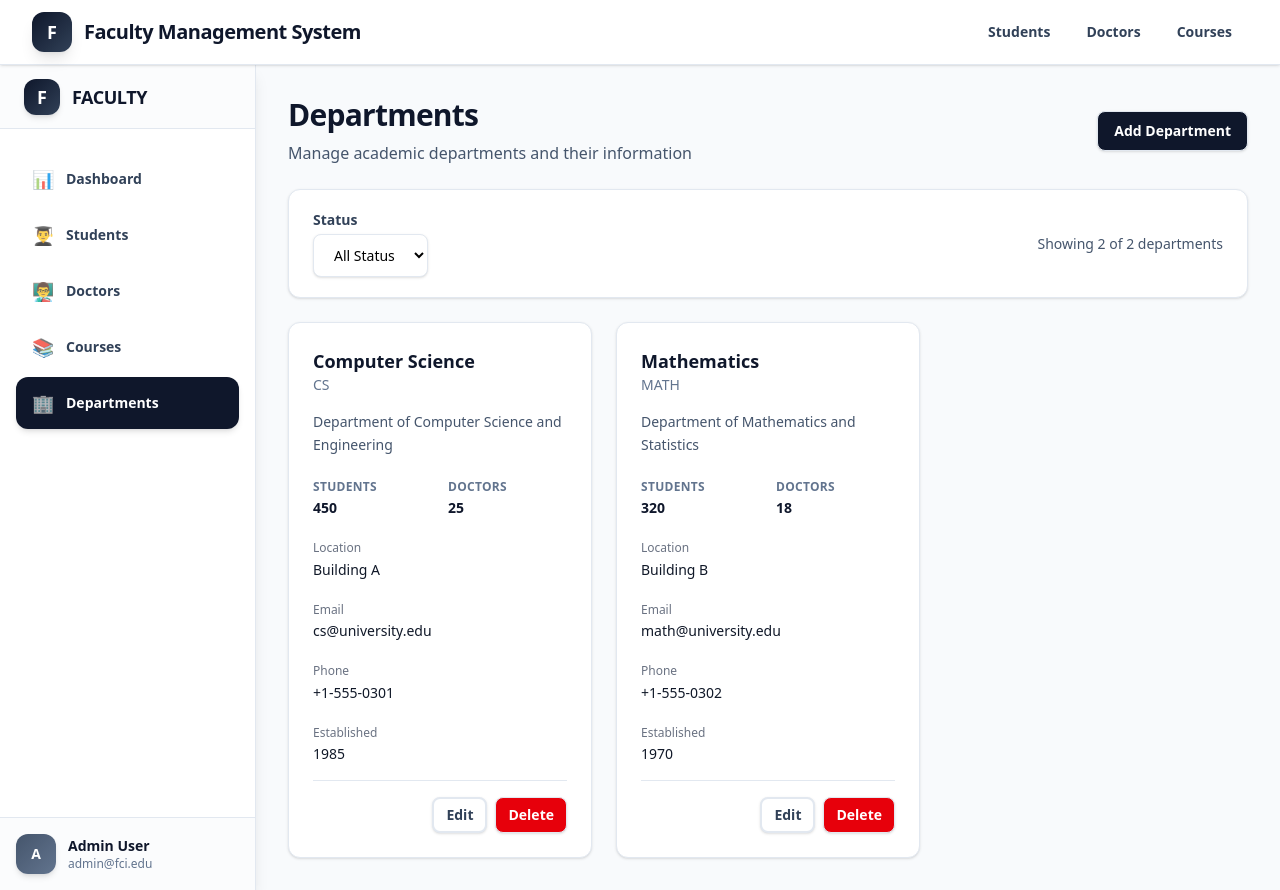
Repository: Mohamedmohsen179/Advanced-DB-Task
Page: /departments (app in frontend/)
These files come from the project's save history. The page is drawn as it stood at one moment and after the next save; the edit follows.
The browser window is 1280 px wide. The pictures show the whole page.
The page's requests for data from a server got no answer. The project was rebuilt for these pictures with package versions that can differ from the ones it lists, and the page was loaded fresh each time. The framework's server and built-in components were replaced by stand-ins that run in the browser. No one was signed in, and anything a server would have sent is missing. Also part of the build but not shown: frontend/next.config.ts.

Above is the page before, as saved 2025-11-29 01:00:57.

### frontend/app/layout.tsx
import type { Metadata } from "next";
import { Geist, Geist_Mono } from "next/font/google";
import "./globals.css";
import MainLayout from "../components/layout/MainLayout";

const geistSans = Geist({
  variable: "--font-geist-sans",
  subsets: ["latin"],
});

const geistMono = Geist_Mono({
  variable: "--font-geist-mono",
  subsets: ["latin"],
});

export const metadata: Metadata = {
  title: "University Management System",
  description: "A comprehensive university management system built with Next.js and TypeScript",
};

export default function RootLayout({
  children,
}: Readonly<{
  children: React.ReactNode;
}>) {
  return (
    <html lang="en">
      <body
        className={`${geistSans.variable} ${geistMono.variable} antialiased`}
      >
        <MainLayout>{children}</MainLayout>
      </body>
    </html>
  );
}

### frontend/app/departments/page.tsx
import DepartmentsContainer from '../../containers/DepartmentsContainer';

export default function DepartmentsPage() {
  return <DepartmentsContainer />;
}

### frontend/app/globals.css
@import "tailwindcss";

:root {
  --background: #fafafa;
  --foreground: #0f172a;
  --primary: #2563eb;
  --primary-foreground: #ffffff;
  --secondary: #f1f5f9;
  --secondary-foreground: #334155;
  --muted: #f8fafc;
  --muted-foreground: #64748b;
  --accent: #f1f5f9;
  --accent-foreground: #0f172a;
  --border: #e2e8f0;
  --input: #ffffff;
  --ring: #2563eb;
  --radius: 0.5rem;
}

@theme inline {
  --color-background: var(--background);
  --color-foreground: var(--foreground);
  --font-sans: var(--font-geist-sans);
  --font-mono: var(--font-geist-mono);
}

@media (prefers-color-scheme: dark) {
  :root {
    --background: #020617;
    --foreground: #f8fafc;
    --primary: #3b82f6;
    --primary-foreground: #f8fafc;
    --secondary: #1e293b;
    --secondary-foreground: #f8fafc;
    --muted: #1e293b;
    --muted-foreground: #94a3b8;
    --accent: #1e293b;
    --accent-foreground: #f8fafc;
    --border: #334155;
    --input: #1e293b;
    --ring: #3b82f6;
  }
}

* {
  border-color: var(--border);
}

body {
  background: var(--background);
  color: var(--foreground);
  font-family: var(--font-sans), system-ui, -apple-system, sans-serif;
  line-height: 1.6;
  -webkit-font-smoothing: antialiased;
  -moz-osx-font-smoothing: grayscale;
}

::-webkit-scrollbar {
  width: 8px;
  height: 8px;
}

::-webkit-scrollbar-track {
  background: var(--muted);
}

::-webkit-scrollbar-thumb {
  background: var(--muted-foreground);
  border-radius: 4px;
}

::-webkit-scrollbar-thumb:hover {
  background: var(--foreground);
}

/* Focus styles */
.focus-visible {
  outline: 2px solid var(--ring);
  outline-offset: 2px;
}

/* Professional shadows */
.shadow-professional {
  box-shadow: 0 1px 3px 0 rgb(0 0 0 / 0.1), 0 1px 2px -1px rgb(0 0 0 / 0.1);
}

.shadow-professional-lg {
  box-shadow: 0 10px 15px -3px rgb(0 0 0 / 0.1), 0 4px 6px -4px rgb(0 0 0 / 0.1);
}

### frontend/components/layout/MainLayout.tsx
'use client';

import { useState } from 'react';
import Navbar from './Navbar';
import Sidebar from './Sidebar';

interface MainLayoutProps {
  children: React.ReactNode;
}

export default function MainLayout({ children }: MainLayoutProps) {
  const [sidebarOpen, setSidebarOpen] = useState(false);

  return (
    <div className="min-h-screen bg-slate-50">
      <Navbar />

      <div className="flex">
        <Sidebar
          isOpen={sidebarOpen}
          onClose={() => setSidebarOpen(false)}
        />

        <div className="flex-1 lg:ml-0">
          <div className="lg:hidden">
            <button
              onClick={() => setSidebarOpen(true)}
              className="fixed top-20 left-4 z-10 bg-white p-3 rounded-xl shadow-professional border border-slate-200 hover:shadow-professional-lg transition-all duration-200"
            >
              <svg className="w-5 h-5 text-slate-600" fill="none" stroke="currentColor" viewBox="0 0 24 24">
                <path strokeLinecap="round" strokeLinejoin="round" strokeWidth={2} d="M4 6h16M4 12h16M4 18h16" />
              </svg>
            </button>
          </div>

          <main className="p-6 lg:p-8">
            <div className="max-w-7xl mx-auto">
              {children}
            </div>
          </main>
        </div>
      </div>
    </div>
  );
}

### frontend/components/layout/Navbar.tsx
'use client';

import Link from 'next/link';
import { useState } from 'react';

export default function Navbar() {
  const [isMenuOpen, setIsMenuOpen] = useState(false);

  return (
    <nav className="bg-white shadow-professional border-b border-slate-200 sticky top-0 z-50 backdrop-blur-sm bg-white">
      <div className="max-w-7xl mx-auto px-4 sm:px-6 lg:px-8">
        <div className="flex justify-between h-16">
          <div className="flex items-center">
            <Link href="/" className="flex-shrink-0 flex items-center group">
              <div className="h-10 w-10 bg-gradient-to-br from-slate-900 to-slate-700 rounded-xl flex items-center justify-center shadow-lg group-hover:shadow-xl transition-all duration-200">
                <span className="text-white font-bold text-lg">F</span>
              </div>
              <span className="ml-3 text-xl font-bold text-slate-900 tracking-tight">
                Faculty Management System
              </span>
            </Link>
          </div>

          <div className="hidden md:flex items-center space-x-1">
            <Link
              href="/students"
              className="text-slate-700 hover:text-slate-900 hover:bg-slate-100 px-4 py-2.5 rounded-lg text-sm font-semibold transition-all duration-200"
            >
              Students
            </Link>

            <Link
              href="/doctors"
              className="text-slate-700 hover:text-slate-900 hover:bg-slate-100 px-4 py-2.5 rounded-lg text-sm font-semibold transition-all duration-200"
            >
              Doctors
            </Link>
            <Link
              href="/courses"
              className="text-slate-700 hover:text-slate-900 hover:bg-slate-100 px-4 py-2.5 rounded-lg text-sm font-semibold transition-all duration-200"
            >
              Courses
            </Link>
          </div>

          {/* Mobile menu button */}
          <div className="md:hidden flex items-center">
            <button
              onClick={() => setIsMenuOpen(!isMenuOpen)}
              className="text-slate-700 hover:text-slate-900 hover:bg-slate-100 p-2 rounded-lg focus:outline-none focus:ring-2 focus:ring-slate-500 transition-all duration-200"
            >
              <svg className="h-6 w-6" fill="none" viewBox="0 0 24 24" stroke="currentColor">
                {isMenuOpen ? (
                  <path strokeLinecap="round" strokeLinejoin="round" strokeWidth={2} d="M6 18L18 6M6 6l12 12" />
                ) : (
                  <path strokeLinecap="round" strokeLinejoin="round" strokeWidth={2} d="M4 6h16M4 12h16M4 18h16" />
                )}
              </svg>
            </button>
          </div>
        </div>

        {/* Mobile Navigation */}
        {isMenuOpen && (
          <div className="md:hidden">
            <div className="px-4 pt-4 pb-4 space-y-2 border-t border-slate-200 bg-slate-50/50">
              <Link
                href="/students"
                className="text-slate-700 hover:text-slate-900 hover:bg-white block px-4 py-3 rounded-lg text-base font-semibold transition-all duration-200"
                onClick={() => setIsMenuOpen(false)}
              >
                Students
              </Link>
              <Link
                href="/doctors"
                className="text-slate-700 hover:text-slate-900 hover:bg-white block px-4 py-3 rounded-lg text-base font-semibold transition-all duration-200"
                onClick={() => setIsMenuOpen(false)}
              >
                Doctors
              </Link>
              <Link
                href="/courses"
                className="text-slate-700 hover:text-slate-900 hover:bg-white block px-4 py-3 rounded-lg text-base font-semibold transition-all duration-200"
                onClick={() => setIsMenuOpen(false)}
              >
                Courses
              </Link>

            </div>
          </div>
        )}
      </div>
    </nav>
  );
}

### frontend/components/layout/Sidebar.tsx
'use client';

import Link from 'next/link';
import { usePathname } from 'next/navigation';
import { NavItem } from '../../types';

const navigationItems: NavItem[] = [
  {
    label: 'Dashboard',
    href: '/',
    icon: '📊',
  },
  {
    label: 'Students',
    href: '/students',
    icon: '👨‍🎓',
    children: [
      { label: 'All Students', href: '/students' },
      { label: 'Add Student', href: '/students/new' },
    ],
  },
  {
    label: 'Doctors',
    href: '/doctors',
    icon: '👨‍🏫',
    children: [
      { label: 'All Doctors', href: '/doctors' },
      { label: 'Add Doctor', href: '/doctors/new' },
    ],
  },
  {
    label: 'Courses',
    href: '/courses',
    icon: '📚',
  },
  {
    label: 'Departments',
    href: '/departments',
    icon: '🏢',
  },
];

interface SidebarProps {
  isOpen?: boolean;
  onClose?: () => void;
}

export default function Sidebar({ isOpen = true, onClose }: SidebarProps) {
  const pathname = usePathname();

  const isActiveLink = (href: string) => {
    if (href === '/') {
      return pathname === '/';
    }
    return pathname.startsWith(href);
  };

  return (
    <>
      {/* Mobile overlay */}
      {isOpen && (
        <div
          className="fixed inset-0 z-20 bg-black bg-opacity-50 lg:hidden"
          onClick={onClose}
        />
      )}

      <div
        className={`
          fixed inset-y-0 left-0 z-30 w-64 bg-white shadow-professional-lg border-r border-slate-200 transform transition-transform duration-300 ease-in-out lg:translate-x-0 lg:static lg:inset-0
          ${isOpen ? 'translate-x-0' : '-translate-x-full'}
        `}
      >
        <div className="flex flex-col h-full">
          <div className="flex items-center justify-between h-16 px-6 border-b border-slate-200 bg-slate-50/50">
            <Link href="/" className="flex items-center group">
              <div className="h-9 w-9 bg-gradient-to-br from-slate-900 to-slate-700 rounded-xl flex items-center justify-center shadow-md group-hover:shadow-lg transition-all duration-200">
                <span className="text-white font-bold text-lg">F</span>
              </div>
              <span className="ml-3 text-lg font-bold text-slate-900 tracking-tight">
                FACULTY
              </span>
            </Link>
            <button
              onClick={onClose}
              className="lg:hidden text-slate-500 hover:text-slate-700 hover:bg-slate-100 p-1.5 rounded-lg transition-all duration-200"
            >
              <svg className="w-6 h-6" fill="none" stroke="currentColor" viewBox="0 0 24 24">
                <path strokeLinecap="round" strokeLinejoin="round" strokeWidth={2} d="M6 18L18 6M6 6l12 12" />
              </svg>
            </button>
          </div>

          <nav className="flex-1 px-4 py-6 space-y-1 overflow-y-auto">
            {navigationItems.map((item) => (
              <div key={item.href}>
                <Link
                  href={item.href}
                  className={`
                    flex items-center px-4 py-3 text-sm font-semibold rounded-xl transition-all duration-200 group
                    ${isActiveLink(item.href)
                      ? 'bg-slate-900 text-white shadow-md'
                      : 'text-slate-700 hover:bg-slate-100 hover:text-slate-900'
                    }
                  `}
                >
                  <span className="mr-3 text-lg opacity-80 group-hover:opacity-100 transition-opacity">{item.icon}</span>
                  {item.label}
                </Link>

                {item.children && isActiveLink(item.href) && (
                  <div className="ml-8 mt-2 space-y-1">
                    {item.children.map((child) => (
                      <Link
                        key={child.href}
                        href={child.href}
                        className={`
                          block px-4 py-2.5 text-sm font-medium rounded-lg transition-all duration-200
                          ${pathname === child.href
                            ? 'bg-slate-100 text-slate-900 shadow-sm'
                            : 'text-slate-600 hover:bg-slate-50 hover:text-slate-900'
                          }
                        `}
                      >
                        {child.label}
                      </Link>
                    ))}
                  </div>
                )}
              </div>
            ))}
          </nav>

          {/* Footer */}
          <div className="p-4 border-t border-slate-200 bg-slate-50/50">
            <div className="flex items-center">
              <div className="flex-shrink-0">
                <div className="w-10 h-10 bg-gradient-to-br from-slate-600 to-slate-500 rounded-xl flex items-center justify-center shadow-md">
                  <span className="text-sm font-bold text-white">A</span>
                </div>
              </div>
              <div className="ml-3">
                <p className="text-sm font-semibold text-slate-900">Admin User</p>
                <p className="text-xs text-slate-500">admin@fci.edu</p>
              </div>
            </div>
          </div>
        </div>
      </div>
    </>
  );
}

### frontend/components/ui/Card.tsx
import { HTMLAttributes, forwardRef } from 'react';

interface CardProps extends HTMLAttributes<HTMLDivElement> {
  children: React.ReactNode;
}

const Card = forwardRef<HTMLDivElement, CardProps>(
  ({ className = '', children, ...props }, ref) => {
    return (
      <div
        ref={ref}
        className={`bg-white rounded-xl border border-slate-200 shadow-professional hover:shadow-professional-lg transition-shadow duration-200 ${className}`}
        {...props}
      >
        {children}
      </div>
    );
  }
);

Card.displayName = 'Card';

interface CardHeaderProps extends HTMLAttributes<HTMLDivElement> {
  children: React.ReactNode;
}

const CardHeader = forwardRef<HTMLDivElement, CardHeaderProps>(
  ({ className = '', children, ...props }, ref) => {
    return (
      <div
        ref={ref}
        className={`px-6 py-5 border-b border-slate-200 bg-slate-50/50 rounded-t-xl ${className}`}
        {...props}
      >
        {children}
      </div>
    );
  }
);

CardHeader.displayName = 'CardHeader';

interface CardContentProps extends HTMLAttributes<HTMLDivElement> {
  children: React.ReactNode;
}

const CardContent = forwardRef<HTMLDivElement, CardContentProps>(
  ({ className = '', children, ...props }, ref) => {
    return (
      <div
        ref={ref}
        className={`px-6 py-5 ${className}`}
        {...props}
      >
        {children}
      </div>
    );
  }
);

CardContent.displayName = 'CardContent';

interface CardFooterProps extends HTMLAttributes<HTMLDivElement> {
  children: React.ReactNode;
}

const CardFooter = forwardRef<HTMLDivElement, CardFooterProps>(
  ({ className = '', children, ...props }, ref) => {
    return (
      <div
        ref={ref}
        className={`px-6 py-5 border-t border-slate-200 bg-slate-50 rounded-b-xl ${className}`}
        {...props}
      >
        {children}
      </div>
    );
  }
);

CardFooter.displayName = 'CardFooter';

export { Card, CardHeader, CardContent, CardFooter };

### frontend/components/ui/Button.tsx
import { ButtonHTMLAttributes, forwardRef } from 'react';

interface ButtonProps extends ButtonHTMLAttributes<HTMLButtonElement> {
  variant?: 'primary' | 'secondary' | 'danger' | 'outline';
  size?: 'sm' | 'md' | 'lg';
  loading?: boolean;
}

const Button = forwardRef<HTMLButtonElement, ButtonProps>(
  ({ className = '', variant = 'primary', size = 'md', loading = false, children, disabled, ...props }, ref) => {
    const baseClasses = 'inline-flex items-center justify-center font-semibold rounded-lg transition-all duration-200 focus:outline-none focus:ring-2 focus:ring-offset-2 disabled:opacity-50 disabled:cursor-not-allowed shadow-sm hover:shadow-md active:scale-[0.98]';

    const variantClasses = {
      primary: 'bg-slate-900 text-white hover:bg-slate-800 focus:ring-slate-500 border border-slate-900',
      secondary: 'bg-slate-100 text-slate-900 hover:bg-slate-200 focus:ring-slate-500 border border-slate-200',
      danger: 'bg-red-600 text-white hover:bg-red-700 focus:ring-red-500 border border-red-600',
      outline: 'border-2 border-slate-300 text-slate-700 bg-white hover:bg-slate-50 hover:border-slate-400 focus:ring-slate-500',
    };

    const sizeClasses = {
      sm: 'px-3 py-2 text-sm h-9',
      md: 'px-4 py-2.5 text-sm h-10',
      lg: 'px-6 py-3 text-base h-12',
    };

    return (
      <button
        ref={ref}
        className={`${baseClasses} ${variantClasses[variant]} ${sizeClasses[size]} ${className}`}
        disabled={disabled || loading}
        {...props}
      >
        {loading && (
          <svg className="animate-spin -ml-1 mr-2 h-4 w-4" fill="none" viewBox="0 0 24 24">
            <circle className="opacity-25" cx="12" cy="12" r="10" stroke="currentColor" strokeWidth="4" />
            <path className="opacity-75" fill="currentColor" d="M4 12a8 8 0 018-8V0C5.373 0 0 5.373 0 12h4zm2 5.291A7.962 7.962 0 014 12H0c0 3.042 1.135 5.824 3 7.938l3-2.647z" />
          </svg>
        )}
        {children}
      </button>
    );
  }
);

Button.displayName = 'Button';

export default Button;

### frontend/components/departments/DepartmentCard.tsx
'use client';

import Link from 'next/link';
import { Department } from '../../types';
import Button from '../ui/Button';

interface DepartmentCardProps {
  department: Department;
  onEdit?: (department: Department) => void;
  onDelete?: (departmentId: string) => void;
}

export default function DepartmentCard({ department, onEdit, onDelete }: DepartmentCardProps) {

  return (
    <div className="bg-white rounded-xl border border-slate-200 shadow-professional hover:shadow-professional-lg transition-all duration-300 hover:-translate-y-1">
      <div className="p-6">
        <div className="flex items-start justify-between mb-4">
          <div>
            <h3 className="text-lg font-bold text-slate-900">{department.name}</h3>
            <p className="text-sm font-medium text-slate-500">{department.code}</p>
          </div>
        </div>

        {department.description && (
          <p className="text-sm text-slate-600 mb-4 line-clamp-2 leading-relaxed">{department.description}</p>
        )}

        <div className="grid grid-cols-2 gap-4 mb-4">
          <div>
            <span className="text-xs font-semibold text-slate-500 uppercase tracking-wide">Students</span>
            <p className="text-sm font-semibold text-slate-900">{department.studentCount}</p>
          </div>
          <div>
            <span className="text-xs font-semibold text-slate-500 uppercase tracking-wide">Doctors</span>
            <p className="text-sm font-semibold text-slate-900">{department.facultyCount}</p>
          </div>

          {department.location && (
            <div className="col-span-2">
              <span className="text-xs font-medium text-gray-500">Location</span>
              <p className="text-sm text-gray-900">{department.location}</p>
            </div>
          )}
          {department.email && (
            <div className="col-span-2">
              <span className="text-xs font-medium text-gray-500">Email</span>
              <p className="text-sm text-gray-900">{department.email}</p>
            </div>
          )}
          {department.phoneNumber && (
            <div className="col-span-2">
              <span className="text-xs font-medium text-gray-500">Phone</span>
              <p className="text-sm text-gray-900">{department.phoneNumber}</p>
            </div>
          )}
        </div>

        {department.establishedDate && (
          <div className="mb-4">
            <span className="text-xs font-medium text-gray-500">Established</span>
            <p className="text-sm text-gray-900">
              {new Date(department.establishedDate).getFullYear()}
            </p>
          </div>
        )}

        {/* Actions */}
        <div className="flex justify-between items-center pt-4 border-t border-slate-100">
          <Link
            href={`/departments/${department.id}`}
            className="text-slate-600 hover:text-slate-900 text-sm font-semibold transition-colors duration-200"
          >
          </Link>
          <div className="flex space-x-2">
            {onEdit && (
              <Button
                size="sm"
                variant="outline"
                onClick={() => onEdit(department)}
              >
                Edit
              </Button>
            )}
            {onDelete && (
              <Button
                size="sm"
                variant="danger"
                onClick={() => onDelete(department.id)}
              >
                Delete
              </Button>
            )}
          </div>
        </div>
      </div>
    </div>
  );
}

Loaded but not shown: frontend/services/api.ts (635 lines, source omitted); frontend/containers/DepartmentsContainer.tsx (185 lines, source omitted)

After the next save:
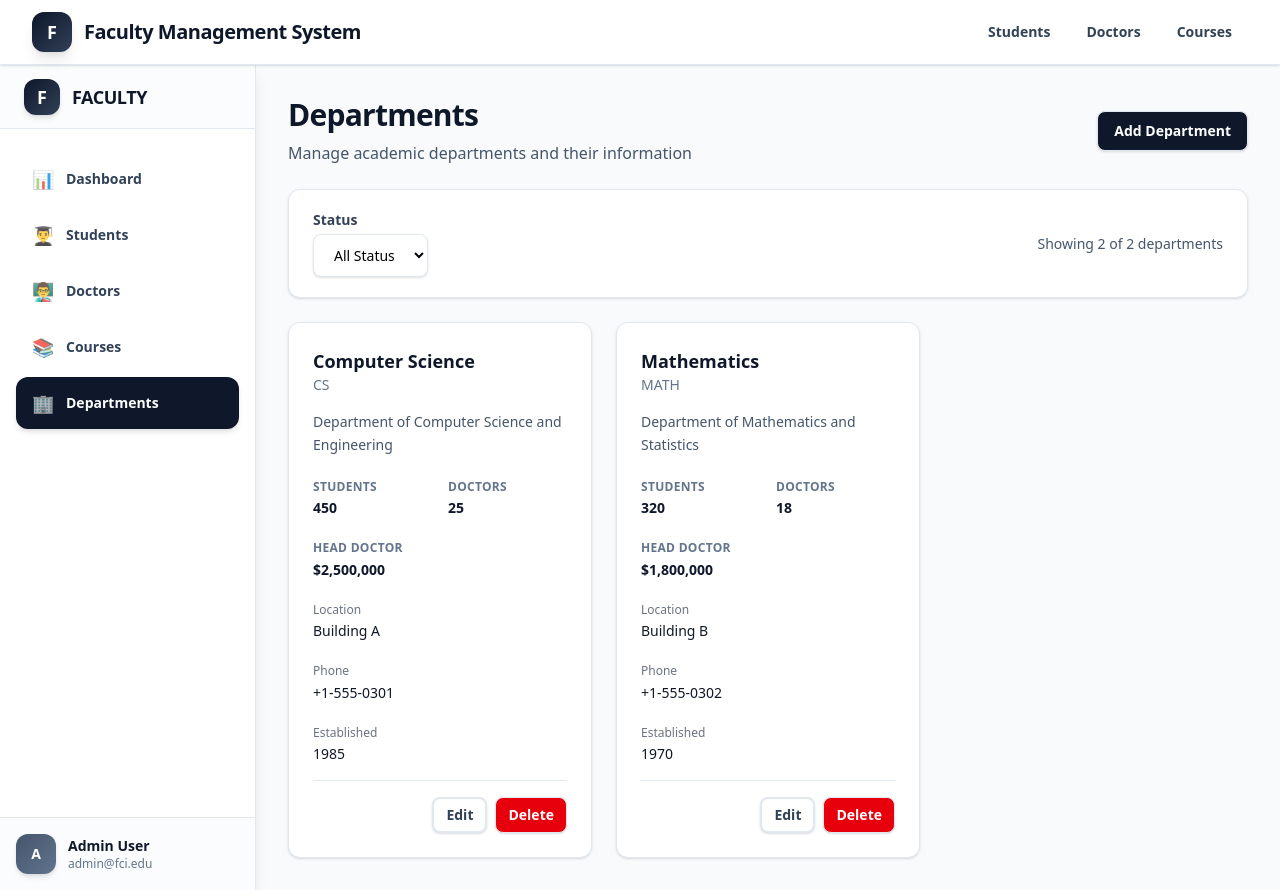
Saved 2 min 36 s later.
--- a/frontend/components/departments/DepartmentCard.tsx
+++ b/frontend/components/departments/DepartmentCard.tsx
@@ -35,19 +35,21 @@ export default function DepartmentCard({ department, onEdit, onDelete }: Departm
             <span className="text-xs font-semibold text-slate-500 uppercase tracking-wide">Doctors</span>
             <p className="text-sm font-semibold text-slate-900">{department.facultyCount}</p>
           </div>
-
+          {department.budget && (
+            <div className="col-span-2">
+              <span className="text-xs font-semibold text-slate-500 uppercase tracking-wide">Head Doctor</span>
+              <p className="text-sm font-semibold text-slate-900">
+                ${department.budget.toLocaleString()}
+              </p>
+            </div>
+          )}
           {department.location && (
             <div className="col-span-2">
               <span className="text-xs font-medium text-gray-500">Location</span>
               <p className="text-sm text-gray-900">{department.location}</p>
             </div>
           )}
-          {department.email && (
-            <div className="col-span-2">
-              <span className="text-xs font-medium text-gray-500">Email</span>
-              <p className="text-sm text-gray-900">{department.email}</p>
-            </div>
-          )}
+
           {department.phoneNumber && (
             <div className="col-span-2">
               <span className="text-xs font-medium text-gray-500">Phone</span>
